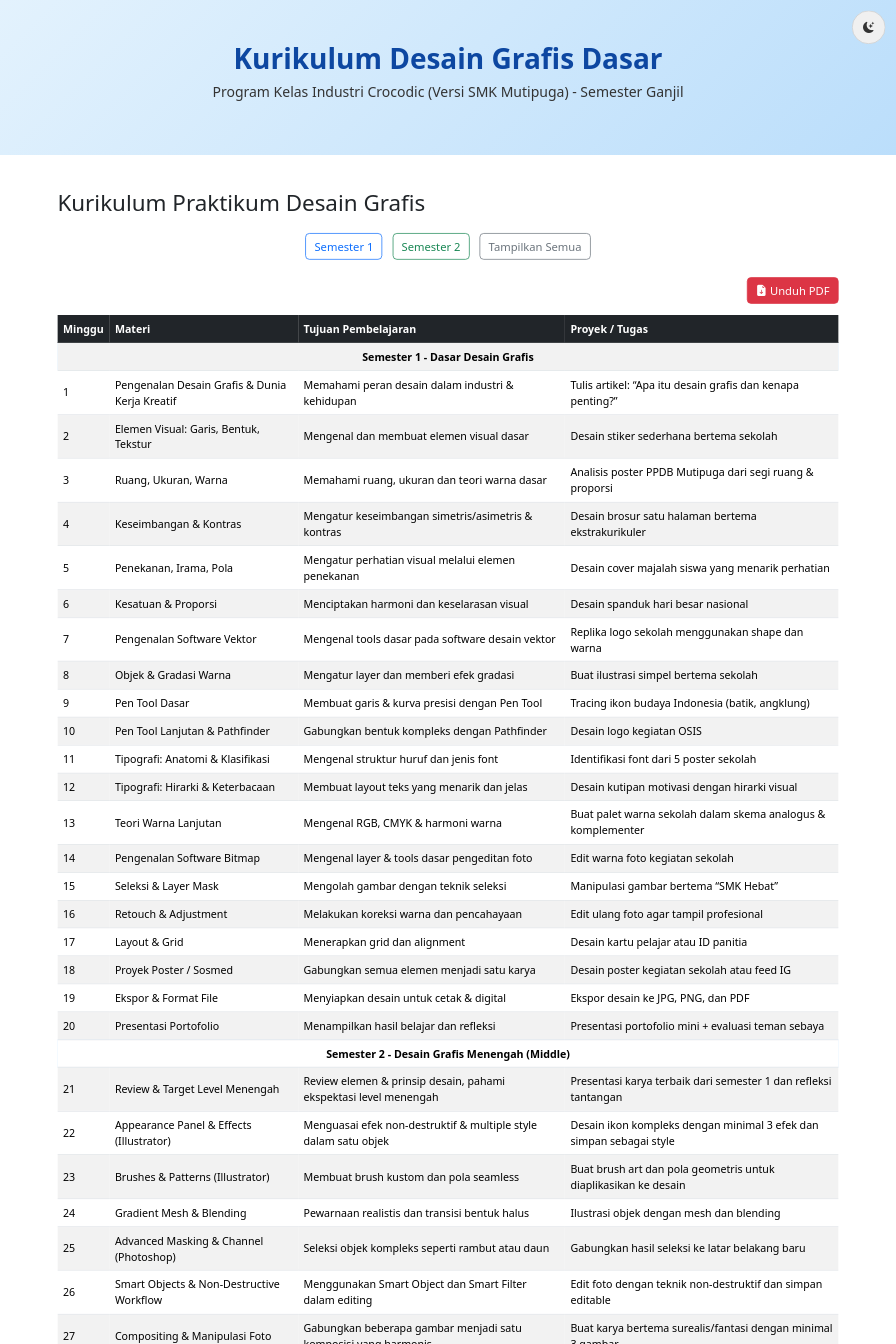
Repository: ppdbsmkmutipuga/kurikulumdesain
Page: index.html
The author's editor kept a copy of each file at every save. The page is drawn from the files as they stood at one save, then again after the next save.
The browser window is 1280 px wide. The pictures show the part of the page from y = 0 to 1920 px (the page is 2843 px tall before and 2959 px after), at 70% of full size.

Above is the page before, as saved 2025-07-01 05:12:27.

### index.html
<!DOCTYPE html>
<html lang="id">

<head>
    <meta charset="UTF-8" />
    <meta name="viewport" content="width=device-width, initial-scale=1.0" />
    <title>Kurikulum Desain Grafis - SMK Mutipuga</title>
    <link href="https://cdn.jsdelivr.net/npm/bootstrap@5.3.3/dist/css/bootstrap.min.css" rel="stylesheet" />
    <link href="https://cdnjs.cloudflare.com/ajax/libs/aos/2.3.4/aos.css" rel="stylesheet" />
    <link href="https://cdn.jsdelivr.net/npm/bootstrap-icons@1.10.5/font/bootstrap-icons.css" rel="stylesheet">
    <link rel="stylesheet" href="style.css">
    <script src="https://cdnjs.cloudflare.com/ajax/libs/html2pdf.js/0.10.1/html2pdf.bundle.min.js"></script>

</head>

<body>
    <button class="btn btn-outline-dark mode-toggle" onclick="toggleMode()">
        <i class="bi bi-moon-stars-fill"></i>
    </button>

    <!-- Hero Section -->
    <section class="hero" data-aos="fade-down">
        <div class="container">
            <h1>Kurikulum Desain Grafis Dasar</h1>
            <p class="lead">Program Kelas Industri Crocodic (Versi SMK Mutipuga) - Semester Ganjil</p>
        </div>
    </section>

    <!-- Table Section -->
    <section class="container my-5" data-aos="fade-up">
        <h2 class="section-title">Kurikulum Praktikum Desain Grafis</h2>
        <div class="filter-buttons">
            <button class="btn btn-outline-primary" onclick="filterSemester(1)">Semester 1</button>
            <button class="btn btn-outline-success" onclick="filterSemester(2)">Semester 2</button>
            <button class="btn btn-outline-secondary" onclick="filterSemester(0)">Tampilkan Semua</button>
        </div>
        <div class="text-end my-3">
            <button class="btn btn-danger" onclick="downloadPDF()">
                <i class="bi bi-file-earmark-arrow-down-fill"></i> Unduh PDF
            </button>
        </div>

        <div id="pdf-content">
            <div class="table-container">
                <div class="table-responsive">
                    <table class="table table-striped table-hover align-middle mb-0" id="kurikulumTable">
                        <thead class="table-dark">
                            <tr>
                                <th scope="col">Minggu</th>
                                <th scope="col">Materi</th>
                                <th scope="col">Tujuan Pembelajaran</th>
                                <th scope="col">Proyek / Tugas</th>
                            </tr>
                        </thead>
                        <tbody>

                            <!-- Data rows akan di-load lewat JS -->
                        </tbody>
                    </table>
                </div>
            </div>
    </section>

    <!-- Footer -->
    <footer>
        &copy; 2025 SMK Muhammadiyah 3 Pucang Gading | Program Kelas Industri Crocodic
    </footer>

    <!-- Scripts -->
    <script src="https://cdn.jsdelivr.net/npm/bootstrap@5.3.3/dist/js/bootstrap.bundle.min.js"></script>
    <script src="https://cdnjs.cloudflare.com/ajax/libs/aos/2.3.4/aos.js"></script>
    <script src="script.js"></script>
</body>

</html>

### style.css
/* =========================
   HERO SECTION
========================= */
.hero {
  padding: 60px 0;
  background: linear-gradient(135deg, #e3f2fd, #bbdefb);
  text-align: center;
}

.hero h1 {
  font-weight: 700;
  font-size: 2.5rem;
  color: #0d47a1;
}

.hero p {
  font-size: 1.25rem;
  color: #333;
}

body.bg-dark .hero {
  background: linear-gradient(135deg, #1e1e1e, #2c2c2c);
}

body.bg-dark .hero h1 {
  color: #90caf9;
}

body.bg-dark .hero p {
  color: #cccccc;
}

/* =========================
   FILTER BUTTONS
========================= */
.filter-buttons {
  text-align: center;
  margin: 20px 0;
}

.filter-buttons .btn {
  margin: 5px;
}

body.bg-dark .btn-outline-primary {
  color: #90caf9;
  border-color: #90caf9;
}

body.bg-dark .btn-outline-success {
  color: #81c784;
  border-color: #81c784;
}

body.bg-dark .btn-outline-secondary {
  color: #b0bec5;
  border-color: #b0bec5;
}

/* =========================
   TABLE SECTION
========================= */
.table-container {
  overflow-x: auto;
}

.table th,
.table td {
  vertical-align: middle !important;
  font-size: 0.95rem;
}

/* Baris header semester (custom row) */
.table .table-header-row {
  background-color: #cce5ff;
  font-weight: 600;
  text-align: center;
}

body.bg-dark .table .table-header-row {
  background-color: #2c3e50;
  color: #ffffff !important;
}

/* DARK MODE TABLE FIX */
body.bg-dark .table,
body.bg-dark .table td,
body.bg-dark .table th {
  color: #f1f1f1 !important;
  background-color: transparent !important;
  opacity: 1 !important;
}

body.bg-dark .table-striped tbody tr:nth-of-type(odd) {
  background-color: #2c2c2c !important;
}

body.bg-dark .table-striped tbody tr:nth-of-type(even) {
  background-color: #1a1a1a !important;
}

body.bg-dark .table-hover tbody tr:hover {
  background-color: #3a3a3a !important;
}

body.bg-dark .table thead th {
  background-color: #111 !important;
  color: #fff !important;
  border-color: #444 !important;
}

body.bg-dark .table-primary {
  background-color: #455a64 !important;
  color: #fff !important;
}

/* =========================
   FOOTER
========================= */
footer {
  padding: 20px;
  text-align: center;
  background-color: #f1f1f1;
  margin-top: 50px;
  font-size: 0.9rem;
  color: #333;
}

body.bg-dark footer {
  background-color: #1e1e1e;
  color: #e0e0e0;
}

/* =========================
   MODE TOGGLE BUTTON
========================= */
.mode-toggle {
  position: fixed;
  top: 15px;
  right: 15px;
  z-index: 1000;
  border-radius: 50%;
  width: 48px;
  height: 48px;
  display: flex;
  align-items: center;
  justify-content: center;
  background-color: #f0f0f0;
  color: #333;
  border: 1px solid #ccc;
}

/* Header tabel semester */
.table-header-row {
  background-color: #cce5ff;
  /* mode terang */
  color: #0d47a1;
}

/* Ubah header semester agar lebih gelap dan teks lebih jelas di dark mode */
body.bg-dark .table-header-row {
  background-color: #37474f;
  /* warna gelap yang elegan */
  color: #ffffff;
}

body.bg-dark .mode-toggle {
  background-color: #333;
  color: #fff;
  border: 1px solid #666;
}

/* Footer default */
footer {
  padding: 20px;
  text-align: center;
  background-color: #f1f1f1;
  margin-top: 50px;
  font-size: 0.9rem;
  color: #333;
}

/* Footer saat dark mode */
body.bg-dark footer {
  background-color: #1e1e1e;
  color: #ccc;
}


/* =========================
   RESPONSIVE
========================= */
@media (max-width: 768px) {
  .hero h1 {
    font-size: 1.8rem;
  }

  .hero p {
    font-size: 1rem;
  }

  .table th,
  .table td {
    font-size: 0.85rem;
  }
}

@media (max-width: 576px) {
  .mode-toggle {
    width: 40px;
    height: 40px;
  }

  .hero {
    padding: 40px 0;
  }
}

@media print {
  body {
    background: #fff !important;
    color: #000 !important;
  }

  .mode-toggle,
  .filter-buttons,
  footer {
    display: none !important;
  }

  .table th,
  .table td {
    font-size: 0.75rem;
  }
}

@media print {

  html,
  body {
    width: 210mm;
    height: 297mm;
    margin: 0;
    padding: 0;
    overflow: hidden;
    zoom: 0.75;
    /* Sesuaikan skala agar muat ke PDF */
  }

  .table-container {
    overflow: visible !important;
  }

  .table-responsive {
    overflow: visible !important;
  }

  table {
    table-layout: fixed;
    width: 100% !important;
    word-wrap: break-word;
  }

  .table td,
  .table th {
    font-size: 10pt !important;
    padding: 6px 8px;
    white-space: normal !important;
  }

  .filter-buttons,
  .mode-toggle,
  footer {
    display: none !important;
  }
}

### script.js
// Inisialisasi animasi AOS
AOS.init();

// Data lengkap Week 1–40
const tableData = [
    { week: 'Semester 1 - Dasar Desain Grafis', isHeader: true, semester: 1 },
    { week: 1, materi: 'Pengenalan Desain Grafis & Dunia Kerja Kreatif', tujuan: 'Memahami peran desain dalam industri & kehidupan', tugas: 'Tulis artikel: “Apa itu desain grafis dan kenapa penting?”', semester: 1 },
    { week: 2, materi: 'Elemen Visual: Garis, Bentuk, Tekstur', tujuan: 'Mengenal dan membuat elemen visual dasar', tugas: 'Desain stiker sederhana bertema sekolah', semester: 1 },
    { week: 3, materi: 'Ruang, Ukuran, Warna', tujuan: 'Memahami ruang, ukuran dan teori warna dasar', tugas: 'Analisis poster PPDB Mutipuga dari segi ruang & proporsi', semester: 1 },
    { week: 4, materi: 'Keseimbangan & Kontras', tujuan: 'Mengatur keseimbangan simetris/asimetris & kontras', tugas: 'Desain brosur satu halaman bertema ekstrakurikuler', semester: 1 },
    { week: 5, materi: 'Penekanan, Irama, Pola', tujuan: 'Mengatur perhatian visual melalui elemen penekanan', tugas: 'Desain cover majalah siswa yang menarik perhatian', semester: 1 },
    { week: 6, materi: 'Kesatuan & Proporsi', tujuan: 'Menciptakan harmoni dan keselarasan visual', tugas: 'Desain spanduk hari besar nasional', semester: 1 },
    { week: 7, materi: 'Pengenalan Software Vektor', tujuan: 'Mengenal tools dasar pada software desain vektor', tugas: 'Replika logo sekolah menggunakan shape dan warna', semester: 1 },
    { week: 8, materi: 'Objek & Gradasi Warna', tujuan: 'Mengatur layer dan memberi efek gradasi', tugas: 'Buat ilustrasi simpel bertema sekolah', semester: 1 },
    { week: 9, materi: 'Pen Tool Dasar', tujuan: 'Membuat garis & kurva presisi dengan Pen Tool', tugas: 'Tracing ikon budaya Indonesia (batik, angklung)', semester: 1 },
    { week: 10, materi: 'Pen Tool Lanjutan & Pathfinder', tujuan: 'Gabungkan bentuk kompleks dengan Pathfinder', tugas: 'Desain logo kegiatan OSIS', semester: 1 },
    { week: 11, materi: 'Tipografi: Anatomi & Klasifikasi', tujuan: 'Mengenal struktur huruf dan jenis font', tugas: 'Identifikasi font dari 5 poster sekolah', semester: 1 },
    { week: 12, materi: 'Tipografi: Hirarki & Keterbacaan', tujuan: 'Membuat layout teks yang menarik dan jelas', tugas: 'Desain kutipan motivasi dengan hirarki visual', semester: 1 },
    { week: 13, materi: 'Teori Warna Lanjutan', tujuan: 'Mengenal RGB, CMYK & harmoni warna', tugas: 'Buat palet warna sekolah dalam skema analogus & komplementer', semester: 1 },
    { week: 14, materi: 'Pengenalan Software Bitmap', tujuan: 'Mengenal layer & tools dasar pengeditan foto', tugas: 'Edit warna foto kegiatan sekolah', semester: 1 },
    { week: 15, materi: 'Seleksi & Layer Mask', tujuan: 'Mengolah gambar dengan teknik seleksi', tugas: 'Manipulasi gambar bertema “SMK Hebat”', semester: 1 },
    { week: 16, materi: 'Retouch & Adjustment', tujuan: 'Melakukan koreksi warna dan pencahayaan', tugas: 'Edit ulang foto agar tampil profesional', semester: 1 },
    { week: 17, materi: 'Layout & Grid', tujuan: 'Menerapkan grid dan alignment', tugas: 'Desain kartu pelajar atau ID panitia', semester: 1 },
    { week: 18, materi: 'Proyek Poster / Sosmed', tujuan: 'Gabungkan semua elemen menjadi satu karya', tugas: 'Desain poster kegiatan sekolah atau feed IG', semester: 1 },
    { week: 19, materi: 'Ekspor & Format File', tujuan: 'Menyiapkan desain untuk cetak & digital', tugas: 'Ekspor desain ke JPG, PNG, dan PDF', semester: 1 },
    { week: 20, materi: 'Presentasi Portofolio', tujuan: 'Menampilkan hasil belajar dan refleksi', tugas: 'Presentasi portofolio mini + evaluasi teman sebaya', semester: 1 },
    { week: 'Semester 2 - Desain Grafis Menengah (Middle)', isHeader: true, semester: 2 },
    { week: 21, materi: 'Review & Target Level Menengah', tujuan: 'Review elemen & prinsip desain, pahami ekspektasi level menengah', tugas: 'Presentasi karya terbaik dari semester 1 dan refleksi tantangan', semester: 2 },
    { week: 22, materi: 'Appearance Panel & Effects (Illustrator)', tujuan: 'Menguasai efek non-destruktif & multiple style dalam satu objek', tugas: 'Desain ikon kompleks dengan minimal 3 efek dan simpan sebagai style', semester: 2 },
    { week: 23, materi: 'Brushes & Patterns (Illustrator)', tujuan: 'Membuat brush kustom dan pola seamless', tugas: 'Buat brush art dan pola geometris untuk diaplikasikan ke desain', semester: 2 },
    { week: 24, materi: 'Gradient Mesh & Blending', tujuan: 'Pewarnaan realistis dan transisi bentuk halus', tugas: 'Ilustrasi objek dengan mesh dan blending', semester: 2 },
    { week: 25, materi: 'Advanced Masking & Channel (Photoshop)', tujuan: 'Seleksi objek kompleks seperti rambut atau daun', tugas: 'Gabungkan hasil seleksi ke latar belakang baru', semester: 2 },
    { week: 26, materi: 'Smart Objects & Non-Destructive Workflow', tujuan: 'Menggunakan Smart Object dan Smart Filter dalam editing', tugas: 'Edit foto dengan teknik non-destruktif dan simpan editable', semester: 2 },
    { week: 27, materi: 'Compositing & Manipulasi Foto', tujuan: 'Gabungkan beberapa gambar menjadi satu komposisi yang harmonis', tugas: 'Buat karya bertema surealis/fantasi dengan minimal 3 gambar', semester: 2 },
    { week: 28, materi: 'Font Pairing & Hirarki Tipografi Lanjut', tujuan: 'Gunakan kombinasi font yang efektif dan hirarki teks yang kompleks', tugas: 'Desain halaman majalah atau web dengan 3 level teks dan font pairing', semester: 2 },
    { week: 29, materi: 'Typographic Grid & Readability', tujuan: 'Menggunakan grid dan memahami keterbacaan teks panjang', tugas: 'Rancang ulang artikel agar lebih rapi dan nyaman dibaca', semester: 2 },
    { week: 30, materi: 'Psikologi Warna & Palet Kustom', tujuan: 'Pahami pengaruh warna terhadap persepsi', tugas: 'Buat 2 palet warna untuk brand fiktif, berikan justifikasi', semester: 2 },
    { week: 31, materi: 'Logo & Identitas Visual Dasar', tujuan: 'Pahami jenis-jenis logo dan elemen visual', tugas: 'Analisis logo UKM lokal dan berikan saran pengembangan', semester: 2 },
    { week: 32, materi: 'Logo Variasi & Style Guide Dasar', tujuan: 'Desain versi logo berbeda dan panduan penggunaannya', tugas: 'Buat minimal 3 versi logo + 1 halaman style guide sederhana', semester: 2 },
    { week: 33, materi: 'InDesign: Master Pages', tujuan: 'Mengenal interface dan penggunaan master page', tugas: 'Desain dokumen 4 halaman dengan elemen tetap', semester: 2 },
    { week: 34, materi: 'InDesign: Styles & Text Flow', tujuan: 'Membuat paragraph styles dan mengatur aliran teks', tugas: 'Desain artikel dummy dengan text threading dan paragraph styles', semester: 2 },
    { week: 35, materi: 'UI/UX Design Principles', tujuan: 'Memahami prinsip dasar usability dan perbedaan UI/UX', tugas: 'Analisis aplikasi populer dan evaluasi prinsip usability-nya', semester: 2 },
    { week: 36, materi: 'Desain Elemen UI Dasar', tujuan: 'Desain tombol, form, dan komponen lain dengan berbagai state', tugas: 'Buat set UI: tombol, form, card dengan tampilan konsisten', semester: 2 },
    { week: 37, materi: 'Brief, Riset & Moodboard', tujuan: 'Menganalisis brief dan membuat visual moodboard', tugas: 'Buat moodboard untuk proyek branding fiktif', semester: 2 },
    { week: 38, materi: 'Proyek Integratif', tujuan: 'Menggabungkan semua skill dalam satu proyek besar', tugas: 'Lanjutkan proyek branding/brosur/UI berdasarkan brief', semester: 2 },
    { week: 39, materi: 'Print & Web Optimization', tujuan: 'Optimalkan file desain untuk cetak dan web', tugas: 'Ekspor proyek ke versi cetak (PDF) dan digital (JPG/PNG)', semester: 2 },
    { week: 40, materi: 'Portfolio Review & Karir', tujuan: 'Review proyek akhir dan diskusi karir desain', tugas: 'Presentasikan proyek akhir + 3–5 karya untuk portofolio mini', semester: 2 },
];

const tbody = document.querySelector('#kurikulumTable tbody');

function renderTable(filter) {
    tbody.innerHTML = '';
    let hasPrintedSemester1Header = false;
    let hasPrintedSemester2Header = false;
    tableData.forEach(row => {
        if (filter === 0 || row.semester === filter || row.isHeader) {
            if (row.isHeader) {
                if ((filter === 1 && row.semester === 1 && !hasPrintedSemester1Header) ||
                    (filter === 2 && row.semester === 2 && !hasPrintedSemester2Header) ||
                    filter === 0) {
                    const tr = document.createElement('tr');
                    tr.className = 'table-header-row text-center fw-bold';
                    const td = document.createElement('td');
                    td.setAttribute('colspan', 4);
                    td.textContent = row.week;
                    tr.appendChild(td);
                    tbody.appendChild(tr);
                    if (row.semester === 1) hasPrintedSemester1Header = true;
                    if (row.semester === 2) hasPrintedSemester2Header = true;
                }
            } else {
                if (filter === 0 || row.semester === filter) {
                    const tr = document.createElement('tr');
                    tr.innerHTML = `
            <td>${row.week}</td>
            <td>${row.materi}</td>
            <td>${row.tujuan}</td>
            <td>${row.tugas}</td>
          `;
                    tbody.appendChild(tr);
                }
            }
        }
    });
}

function filterSemester(semester) {
    renderTable(semester);
}

function toggleMode() {
    document.body.classList.toggle('bg-dark');
    document.body.classList.toggle('text-white');
}

renderTable(0);


function downloadPDF() {
    const element = document.getElementById("pdf-content");
    const opt = {
        margin: 0.2,
        filename: "kurikulum-desain-grafis.pdf",
        image: { type: "jpeg", quality: 0.98 },
        html2canvas: {
            scale: 3,        // Lebih tajam
            useCORS: true,   // Jika ada gambar
            allowTaint: true
        },
        jsPDF: {
            unit: "mm",
            format: "a4",
            orientation: "portrait"
        },
        pagebreak: { mode: ['avoid-all', 'css', 'legacy'] }
    };
    html2pdf().set(opt).from(element).save();
}

After the next save:
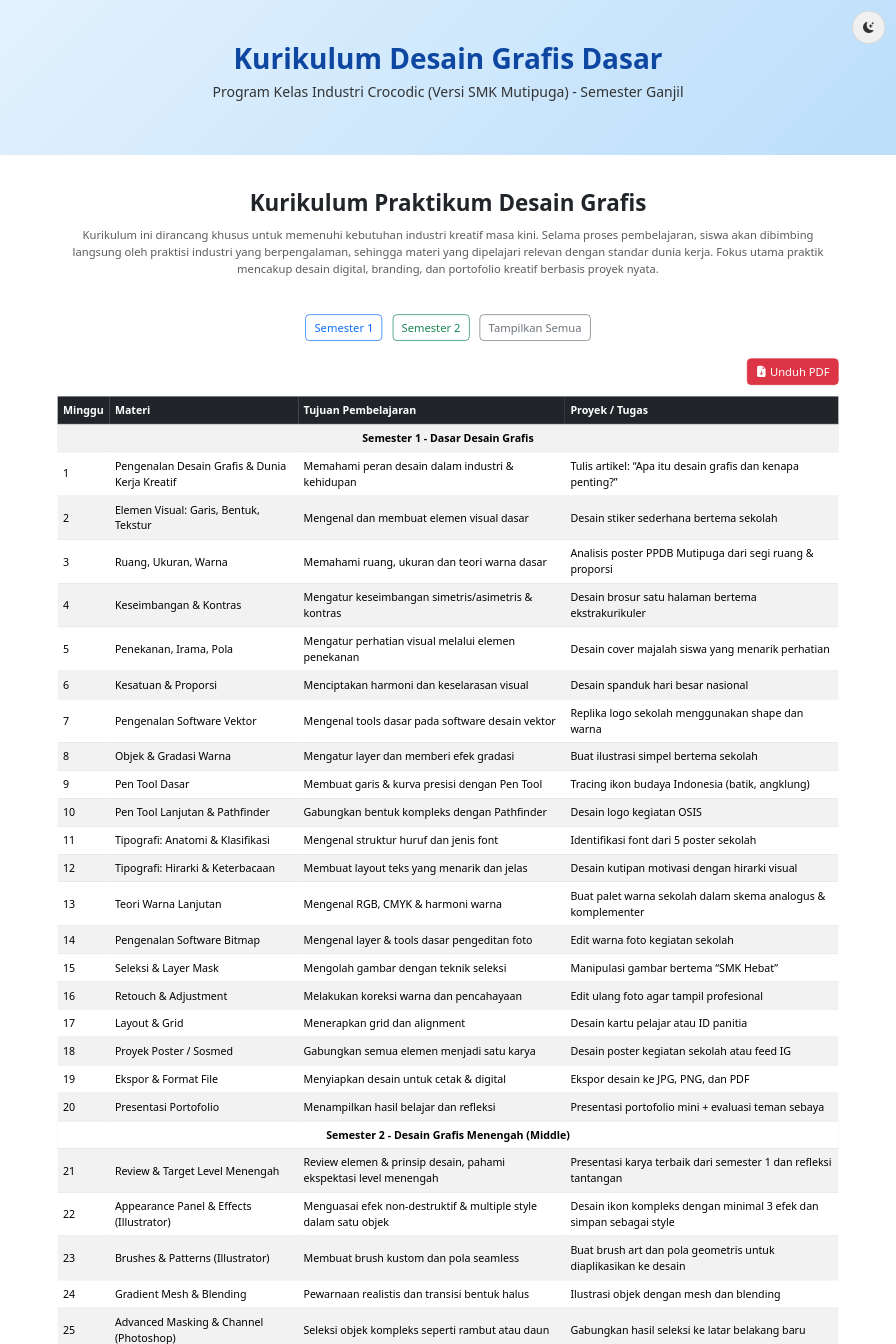
Saved 78 s later.
--- a/index.html
+++ b/index.html
@@ -28,7 +28,14 @@
 
     <!-- Table Section -->
     <section class="container my-5" data-aos="fade-up">
-        <h2 class="section-title">Kurikulum Praktikum Desain Grafis</h2>
+        <h2 class="section-title text-center fw-bold mb-3">Kurikulum Praktikum Desain Grafis</h2>
+        <p class="text-center mb-5 text-muted">
+            Kurikulum ini dirancang khusus untuk memenuhi kebutuhan industri kreatif masa kini.
+            Selama proses pembelajaran, siswa akan dibimbing langsung oleh praktisi industri yang berpengalaman,
+            sehingga materi yang dipelajari relevan dengan standar dunia kerja.
+            Fokus utama praktik mencakup desain digital, branding, dan portofolio kreatif berbasis proyek nyata.
+        </p>
+
         <div class="filter-buttons">
             <button class="btn btn-outline-primary" onclick="filterSemester(1)">Semester 1</button>
             <button class="btn btn-outline-success" onclick="filterSemester(2)">Semester 2</button>
